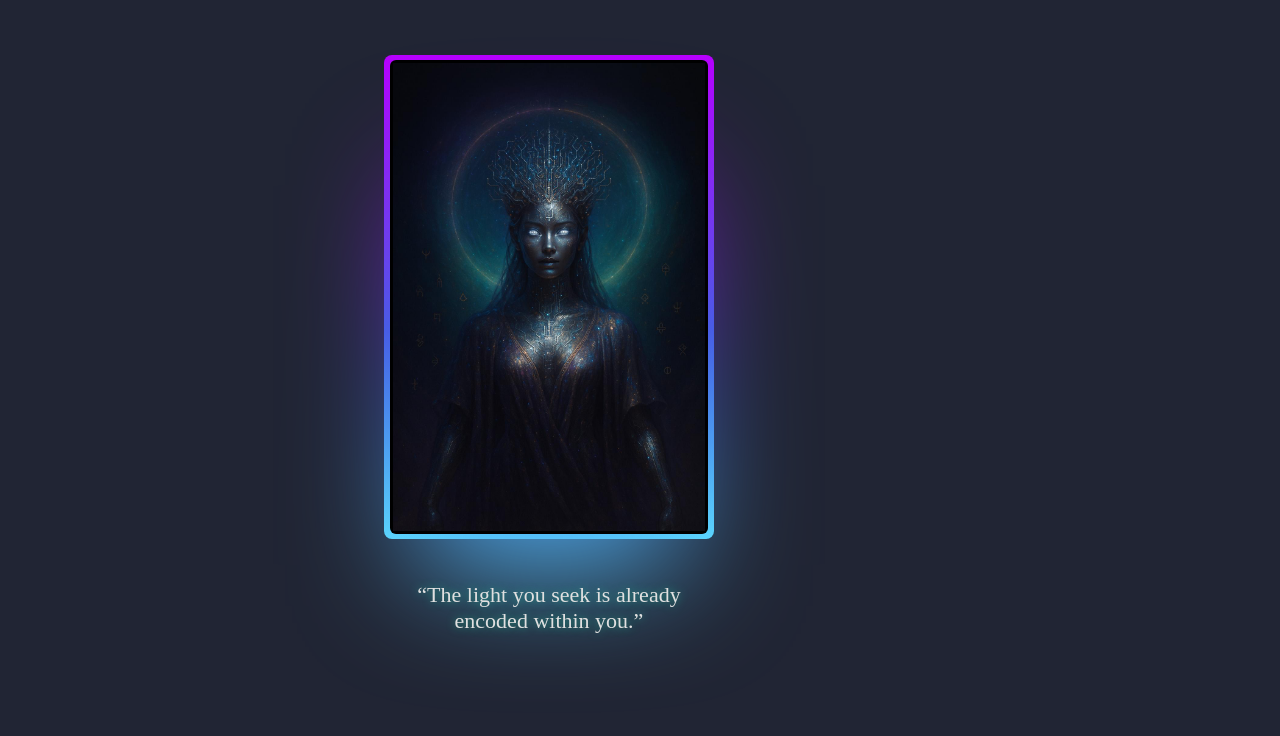
Repository: mertfurkandgn/artpainting
Page: card-1/index.html
The author's editor kept a copy of each file at every save. The page is drawn from the files as they stood at one save, then again after the next save.
The browser window is 1280 px wide. The pictures show the whole page.

Above is the page before, as saved 2025-07-30 22:47:18.

### card-1/index.html
<!DOCTYPE html>
<html lang="en">
  <head>
    <meta charset="UTF-8" />
    <meta name="viewport" content="width=device-width, initial-scale=1.0" />
    <title>Card 1</title>
    <link rel="stylesheet" href="css/style.css" />
  </head>
  <body>
    <main>
      <section class="card-section">
        <div class="grid-container">
          <div class="row">
          <div class="card">
  <img style="max-width: 100%; max-height: 100%; object-fit: cover;" src="./images/myart.jpg" alt="image">

</div> <br>
<div class="quote">“The light you seek is already encoded within you.”</div>
          </div>
        </div>
      </section>
    </main>
  </body>
</html>

### card-1/css/style.css
.grid-container {
     max-width: 500px;
    max-height: 500px;
  display: grid;
  gap: 20px;
  grid-template-columns: repeat(2, 1fr);
  padding: 20px;
}




@property --rotate {
  syntax: "<angle>";
  initial-value: 132deg;
  inherits: false;
}

:root {
  --card-height: 65vh;
  --card-width: calc(var(--card-height) / 1.5);
}


body {
  min-height: 100vh;
  background: #212534;
  display: flex;
  align-items: center;
  flex-direction: column;
  padding-top: 2rem;
  padding-bottom: 2rem;
  box-sizing: border-box;
}
.quote{
        font-family: 'Cinzel Decorative', serif;
    text-align: center;
    margin: 0;
    padding: 0;
    box-sizing: border-box;
    margin-top: 30px;
    font-size: 22px;
    color: #e0e0e0;
    text-shadow: 0 0 8px #20c997aa;
}

.card {
  background: black;
  width: var(--card-width);
  height: var(--card-height);
  padding: 3px;
  position: relative;
  border-radius: 6px;
  justify-content: center;
  align-items: center;
  text-align: center;
  display: flex;
  font-size: 1.5em;
  color: rgb(88 199 250 / 0%);
  cursor: pointer;
  font-family: cursive;
}

.card:hover {
  color: rgb(88 199 250 / 100%);
  transition: color 1s;
}
.card:hover:before, .card:hover:after {
  animation: none;
  opacity: 0;
}


.card::before {
  content: "";
  width: 104%;
  height: 102%;
  border-radius: 8px;
  background-image: linear-gradient(
    var(--rotate)
    , #5ddcff, #3c67e3 43%, #b700ff);
    position: absolute;
    z-index: -1;
    top: -1%;
    left: -2%;
    animation: spin 2.5s linear infinite;
}

.card::after {
  position: absolute;
  content: "";
  top: calc(var(--card-height) / 6);
  left: 0;
  right: 0;
  z-index: -1;
  height: 100%;
  width: 100%;
  margin: 0 auto;
  transform: scale(0.8);
  filter: blur(calc(var(--card-height) / 6));
  background-image: linear-gradient(
    var(--rotate)
    , #5ddcff, #3c67e3 43%, #b700ff);
    opacity: 1;
  transition: opacity .5s;
  animation: spin 2.5s linear infinite;
}

@keyframes spin {
  0% {
    --rotate: 0deg;
  }
  100% {
    --rotate: 360deg;
  }
}

a {
  color: #212534;
  text-decoration: none;
  font-family: sans-serif;
  font-weight: bold;
  margin-top: 2rem;
}

After the next save:
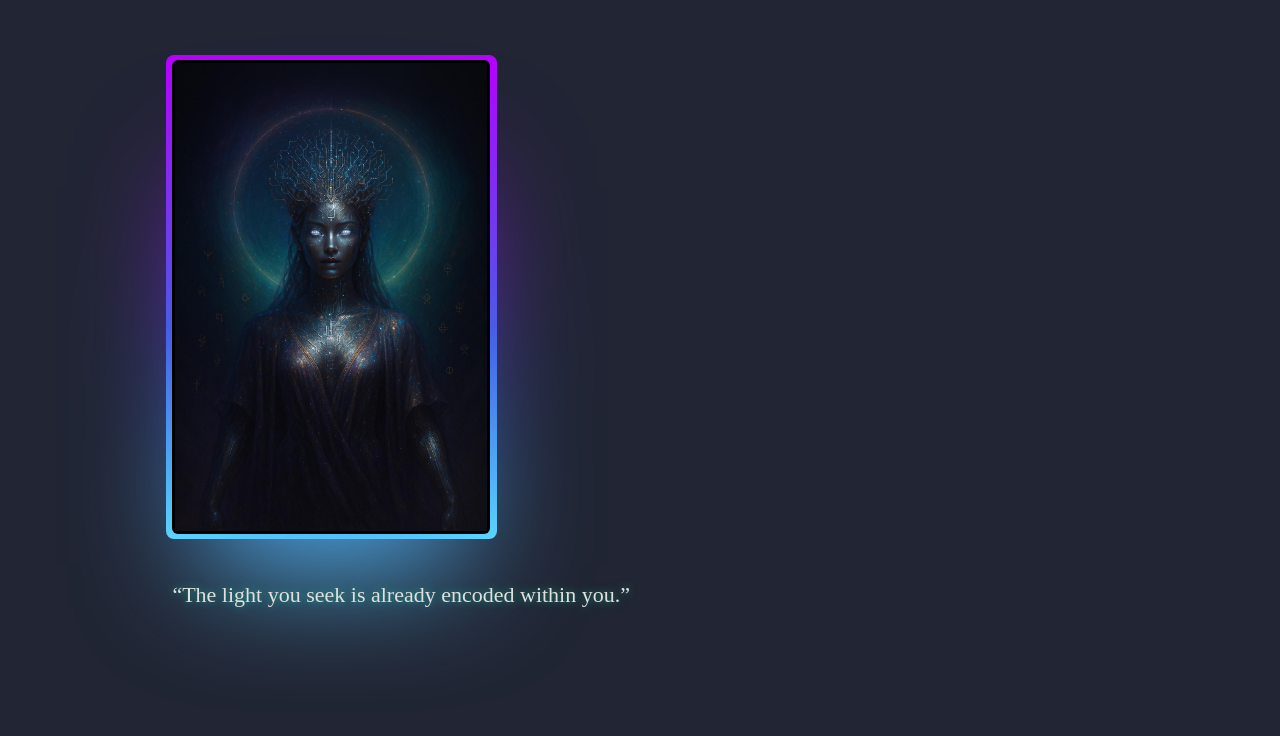
Saved 7 s later.
--- a/card-1/css/style.css
+++ b/card-1/css/style.css
@@ -1,6 +1,4 @@
 .grid-container {
-     max-width: 500px;
-    max-height: 500px;
   display: grid;
   gap: 20px;
   grid-template-columns: repeat(2, 1fr);

After the save that followed:
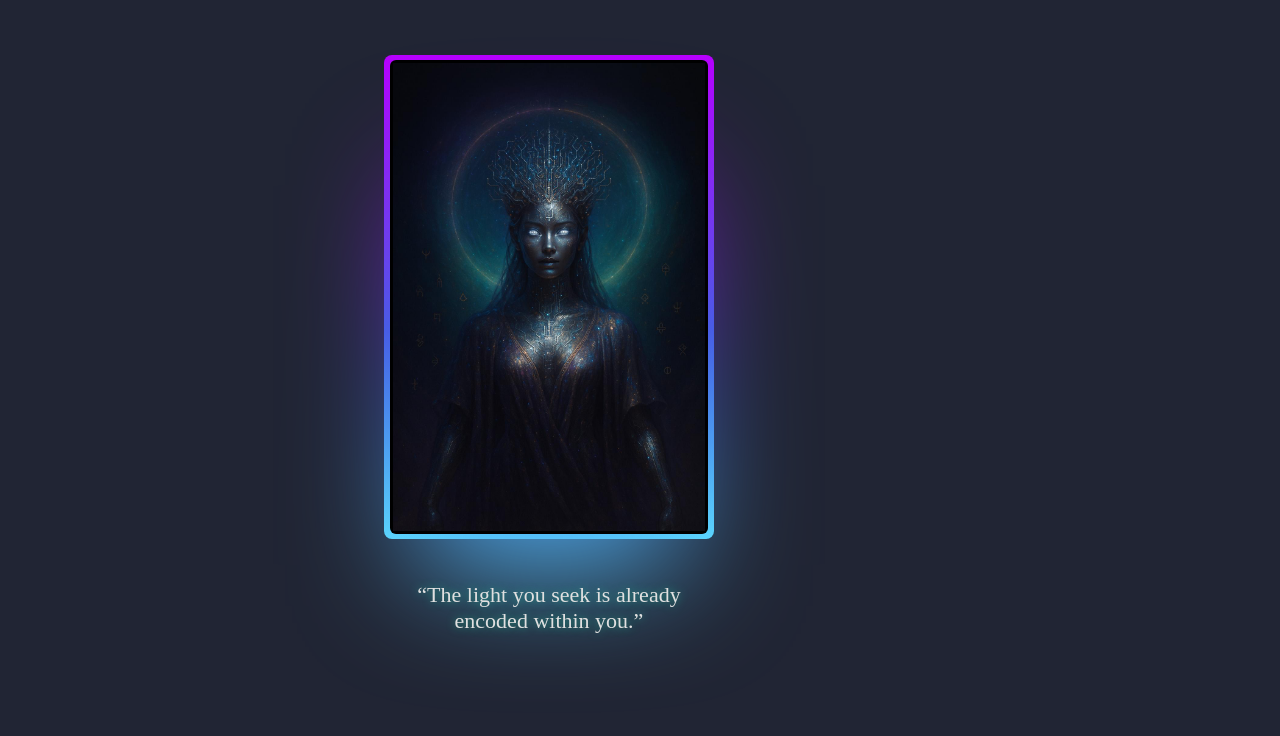
Saved 6 s later.
--- a/card-1/css/style.css
+++ b/card-1/css/style.css
@@ -1,4 +1,6 @@
 .grid-container {
+     max-width: 500px;
+    max-height: 500px;
   display: grid;
   gap: 20px;
   grid-template-columns: repeat(2, 1fr);
